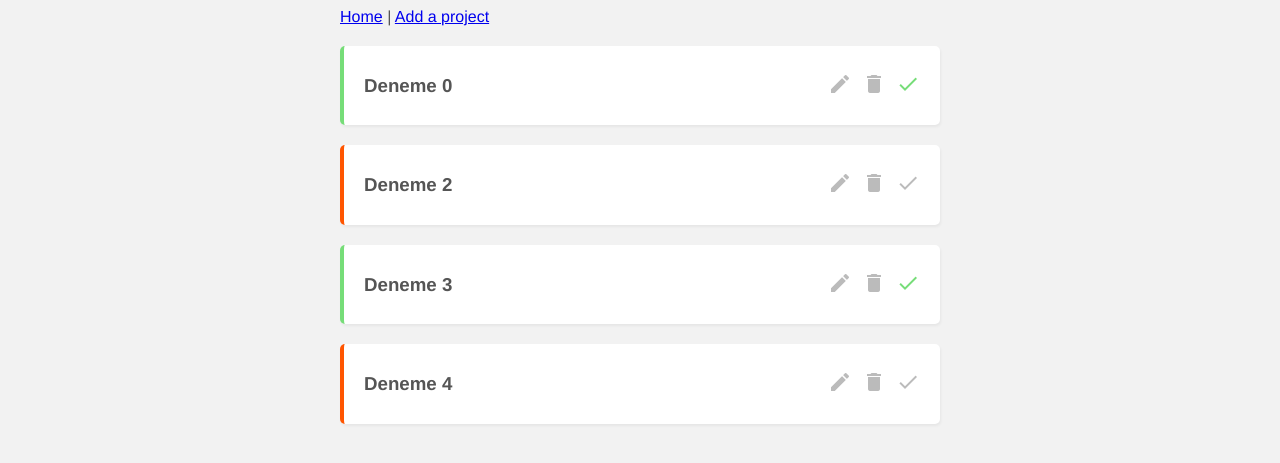
Repository: sercanisli/task-app
Page: /
These files come from the project's save history. The page is drawn as it stood at one moment and after the next save; the edit follows.
The browser window is 1280 px wide. The pictures show the whole page.
The project was rebuilt for these pictures with package versions that can differ from the ones it lists, and the page was loaded fresh each time. Requests to the local data server were answered from the project's data file. Also part of the build but not shown: vue.config.js. Imported but missing from the stored project, and not drawn on this page: src/views/AddProject.vue.

Above is the page before, as saved 2024-04-27 14:49:31.

After the next save:
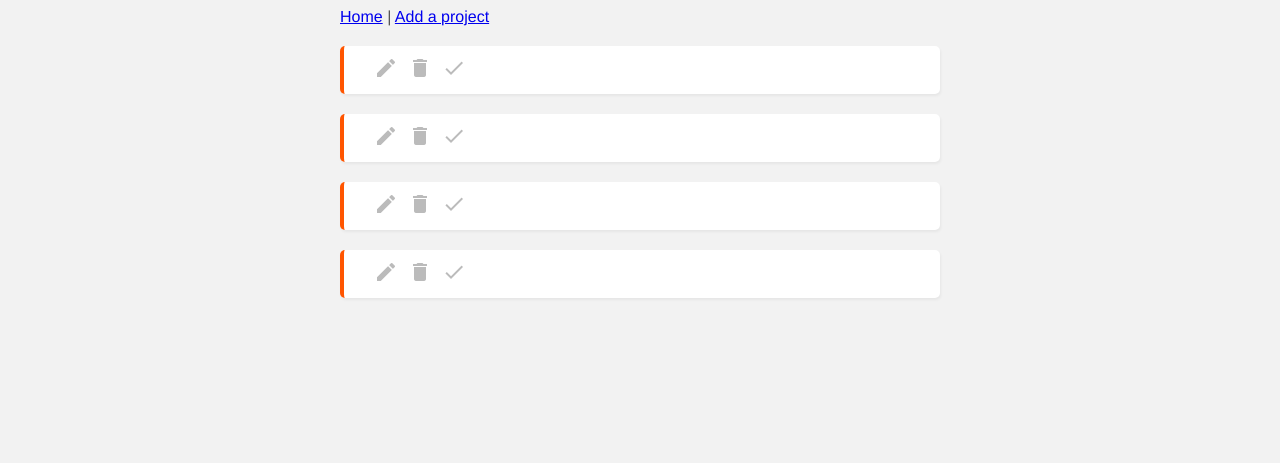
Saved 66 s later.
--- a/src/components/SingleProject.vue
+++ b/src/components/SingleProject.vue
@@ -1,79 +1,66 @@
 <template>
-  <div class="project" :class="{ complete: project.complete }">
+  <div class="project">
     <div class="actions">
-      <h3 @click="showDetails = !showDetails">{{ project.title }}</h3>
-      <div class="icons">
-        <router-link :to="{ name: 'EditProject', params: { id: project.id } }"
-          ><span class="material-icons">edit</span></router-link
-        >
-        <span @click="deleteProject" class="material-icons">delete</span>
-        <span @click="toggleComplete" class="material-icons tick">done</span>
-      </div>
+        <!-- <h3 @click="showDetails = !showDetails">{{ project.title }}</h3> -->
+        <div class="icons">
+            <span class="material-icons">edit</span>
+            <span @click="deleteProject" class="material-icons">delete</span>
+            <span class="material-icons">done</span>
+        </div>
     </div>
     <div v-if="showDetails" class="details">
-      <p>{{ project.details }}</p>
+        <p>{{ project.details }}</p>
     </div>
   </div>
 </template>
 
 <script>
 export default {
-  props: ["project"],
-  data() {
-    return {
-      showDetails: false,
-      uri: "http://localhost:3000/projects/" + this.project.id,
-    };
-  },
-  methods: {
-    deleteProject() {
-      fetch(this.uri, { method: "DELETE" })
-        .then(() => this.$emit("delete", this.project.id))
-        .catch((err) => console.log(err));
+    props:['project'],
+    data(){
+        return {
+            showDetails: false,
+            uri:"http://localhost:3000/projects/" + this.project.id,
+        }
     },
-    toggleComplete() {
-      fetch(this.uri, {
-        method: "PATCH",
-        headers: { "Content-Type": "application/json" },
-        body: JSON.stringify({ complete: !this.project.complete }),
-      })
-        .then(() => this.$emit("complete", this.project.id))
-        .catch((err) => console.log(err));
-    },
-  },
-};
+    methods:{
+      deleteProject(){
+        fetch(this.uri, {method:"DELETE"})
+      }
+    }
+}
 </script>
 
 <style>
 .project {
-  margin: 20px auto;
-  background: #fff;
-  padding: 10px 20px;
-  border-radius: 5px;
-  box-shadow: 1px 2px 3px rgba(0, 0, 0, 0.05);
-  border-left: 4px solid #ff5500;
-}
-h3 {
-  cursor: pointer;
-}
-.actions {
-  display: flex;
-  justify-content: space-between;
-  align-items: center;
-}
-.material-icons {
-  font-size: 24px;
-  margin-left: 10px;
-  color: #bbb;
-  cursor: pointer;
-}
-.material-icons:hover {
-  color: #777;
-}
-.project.complete {
-  border-left: 4px solid #76dd78;
-}
-.project.complete .tick {
-  color: #76dd78;
-}
+    margin: 20px auto;
+    background: #fff;
+    padding: 10px 20px;
+    border-radius: 5px;
+    box-shadow: 1px 2px 3px rgba(0, 0, 0, 0.05);
+    border-left: 4px solid #ff5500;
+  }
+  h3 {
+    cursor: pointer;
+  }
+  .actions {
+    display: flex;
+    justify-content: space-between;
+    align-items: center;
+  }
+  .material-icons {
+    font-size: 24px;
+    margin-left: 10px;
+    color: #bbb;
+    cursor: pointer;
+  }
+  .material-icons:hover {
+    color: #777;
+  }
+  .project.complete {
+    border-left: 4px solid #76dd78;
+  }
+  .project.complete .tick {
+    color: #76dd78;
+  }
 </style>

After the save that followed:
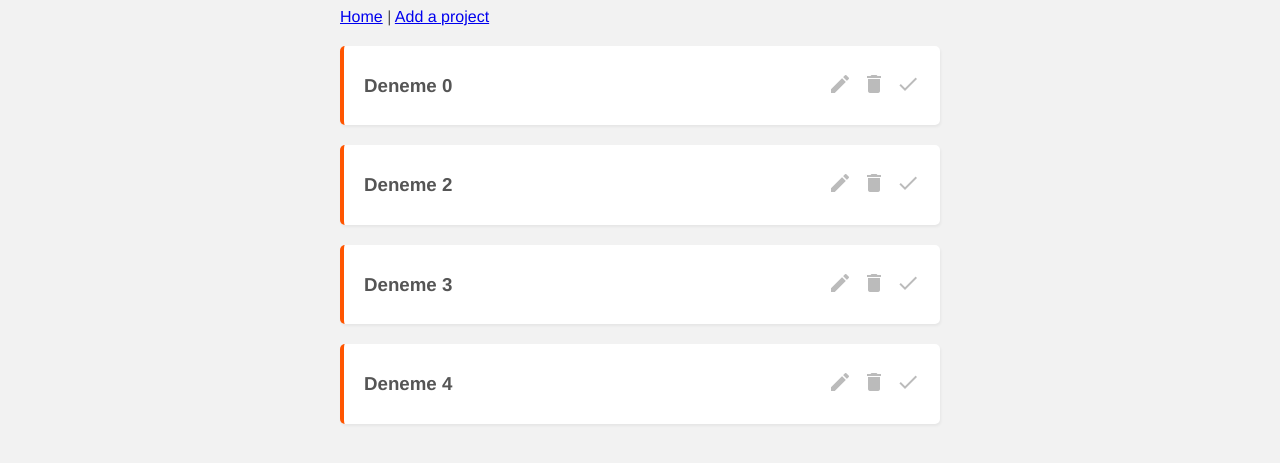
Saved 9 s later.
--- a/src/components/SingleProject.vue
+++ b/src/components/SingleProject.vue
@@ -1,7 +1,7 @@
 <template>
   <div class="project">
     <div class="actions">
-        <!-- <h3 @click="showDetails = !showDetails">{{ project.title }}</h3> -->
+        <h3 @click="showDetails = !showDetails">{{ project.title }}</h3>
         <div class="icons">
             <span class="material-icons">edit</span>
             <span @click="deleteProject" class="material-icons">delete</span>
